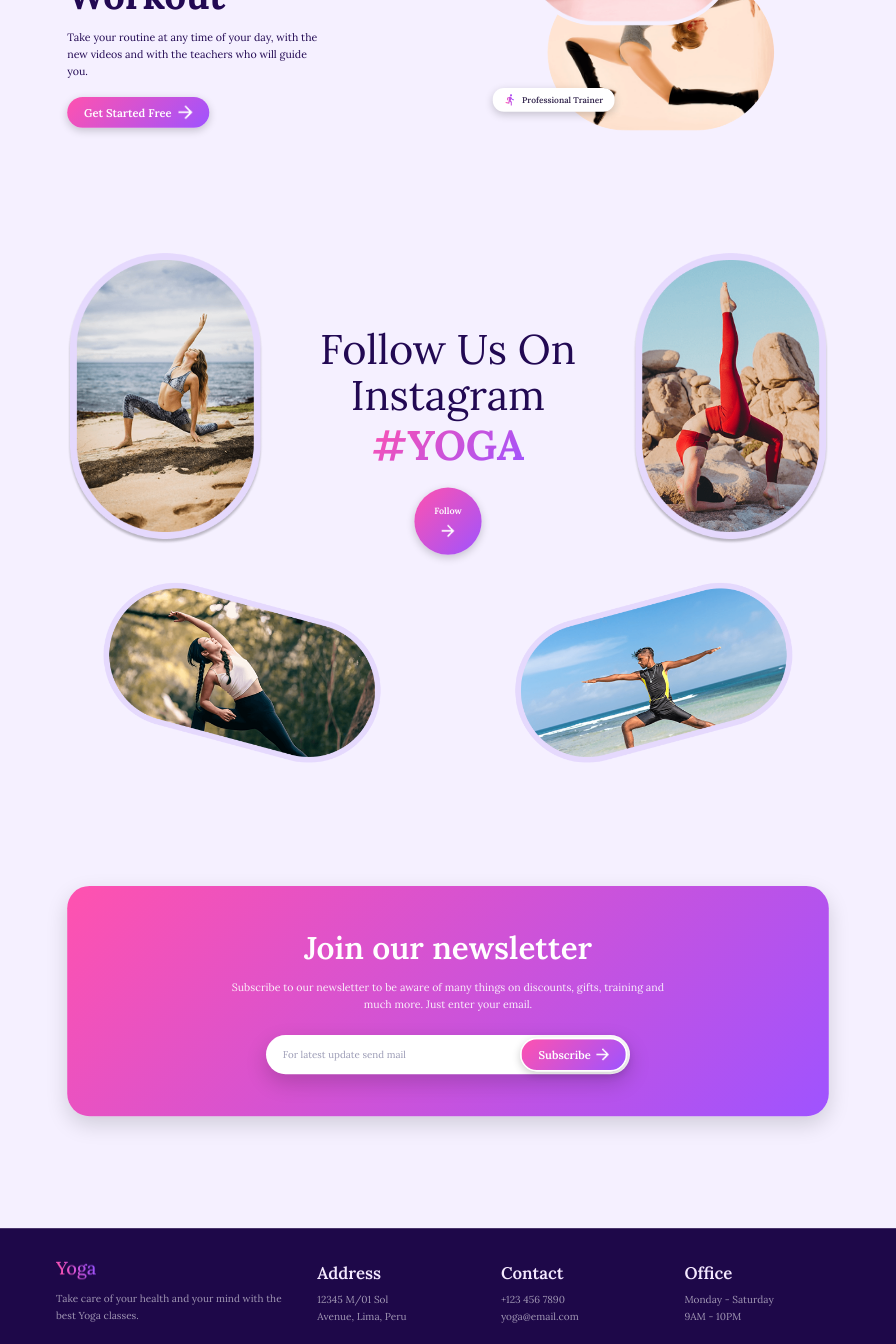
Repository: EunsuhJeon/responsive-yoga-website
Page: index.html
These files come from the project's save history. The page is drawn as it stood at one moment and after the next save; the edit follows.
The browser window is 1280 px wide. The pictures show the part of the page from y = 1422 to 3342 px (the page is 3439 px tall), at 70% of full size.

Above is the page before, as saved 2025-11-27 00:47:24.

After the next save:
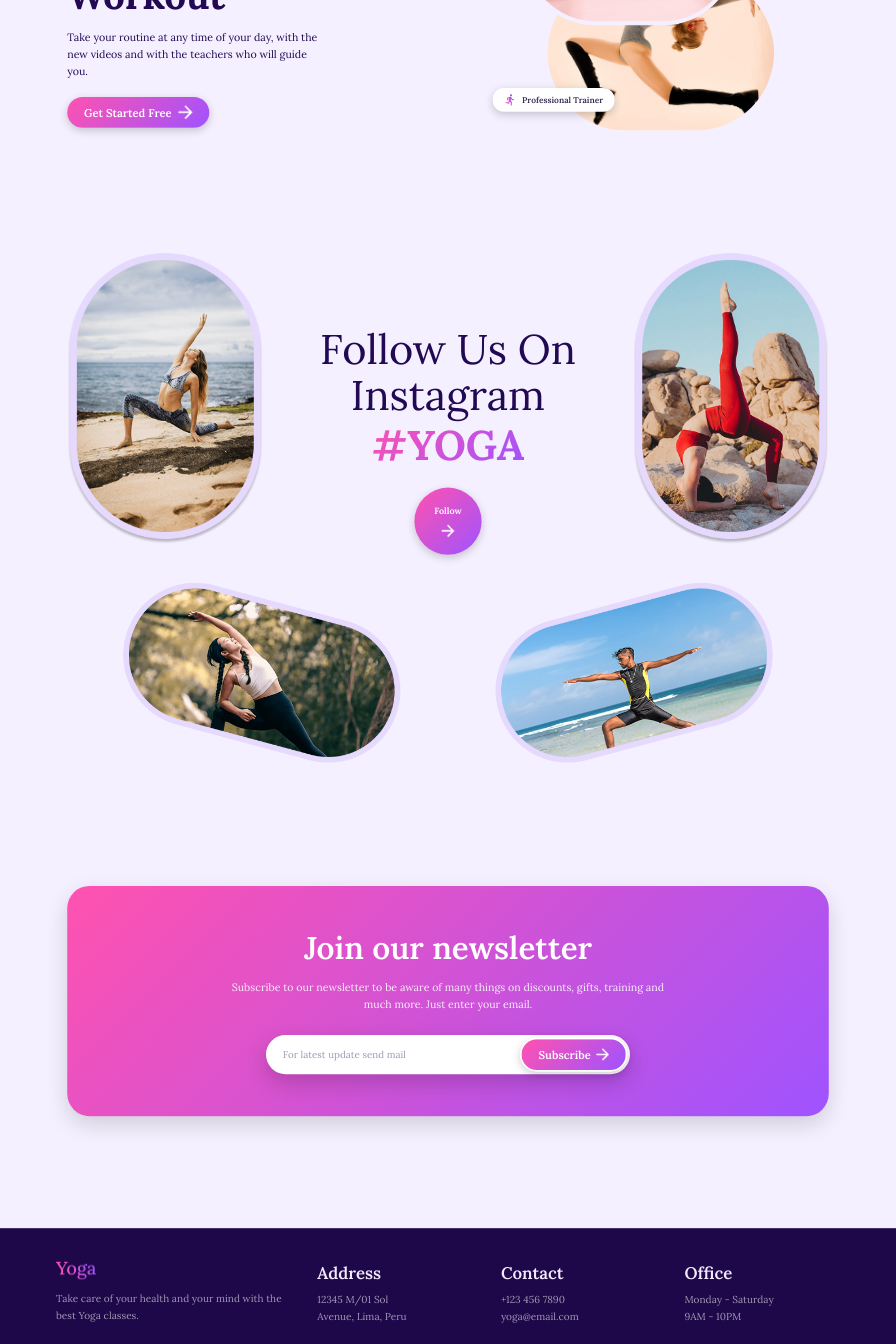
Saved 19 s later.
--- a/main.css
+++ b/main.css
@@ -618,7 +618,7 @@ header a{
 .seccion-5-bottom {
   display: flex;
   align-items: center;
-  justify-content: space-between;
+  justify-content: center;
   gap: 32px;
 }
 
